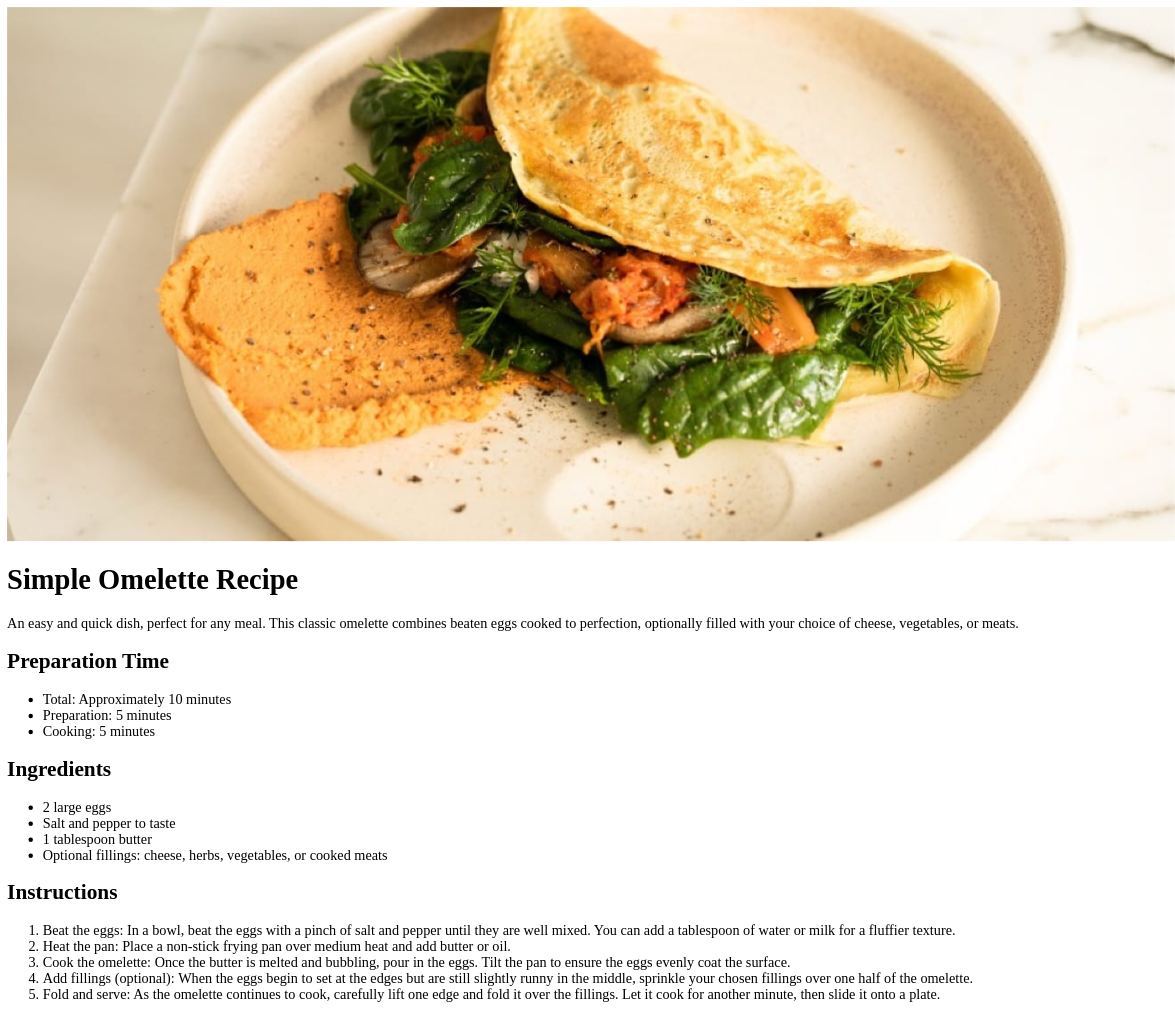
Repository: akbasliogulcan/omletterecipe
Page: index.html
The author's editor kept a copy of each file at every save. The page is drawn from the files as they stood at one save, then again after the next save.
The browser window is 1280 px wide. The page is 1320 px wide, so the pictures cover 1320 px, including what lies to the right of the window. The pictures show the whole page, at 89% of full size.

Above is the page before, as saved 2025-07-20 17:18:05.

### index.html
<!DOCTYPE html>
<html lang="en">

<head>
  <meta charset="UTF-8">
  <meta name="viewport" content="width=device-width, initial-scale=1.0">
  <title>simple omelette recipe</title>
  <link rel="stylesheet" href="style.css">
</head>

<body>

  <div class="simple">
    <img src="./assets/images/image-omelette.jpeg" alt="omlette-icon">
    <h1> Simple Omelette Recipe</h1>
    <p>An easy and quick dish, perfect for any meal. This classic omelette combines beaten eggs cooked
      to perfection, optionally filled with your choice of cheese, vegetables, or meats.
    </p>

    <div class="preparation">
      <h2>Preparation Time</h2>
      <ul>
        <li> <span>Total: </span>Approximately 10 minutes
        </li>
        <li> <span>Preparation: </span>5 minutes</li>
        <li> <span>Cooking: </span>5 minutes</li>

      </ul>
    </div>

    <div class="ingredients">
      <h2>Ingredients</h2>
      <ul>
        <li>2 large eggs</li>
        <li>Salt and pepper to taste</li>
        <li>1 tablespoon butter</li>
        <li>Optional fillings: cheese, herbs, vegetables, or cooked meats</li>
      </ul>
    </div>

    <div class="instructions">
      <h2>Instructions</h2>
      <ol>
        <li>Beat the eggs: In a bowl, beat the eggs with a pinch of salt and pepper until they are well mixed.
          You can add a tablespoon of water or milk for a fluffier texture.</li>
        <li> Heat the pan: Place a non-stick frying pan over medium heat and add butter or oil.
        </li>
        <li>
          Cook the omelette: Once the butter is melted and bubbling, pour in the eggs. Tilt the pan to ensure
          the eggs evenly coat the surface.</li>
        <li>
          Add fillings (optional): When the eggs begin to set at the edges but are still slightly runny in the
          middle, sprinkle your chosen fillings over one half of the omelette.</li>
        <li>
          Fold and serve: As the omelette continues to cook, carefully lift one edge and fold it over the
          fillings. Let it cook for another minute, then slide it onto a plate.</li>
      </ol>
    </div>

  </div>



</body>

</html>

Loaded but not shown: style.css (no stored copy; drawn as an empty file)

After the next save:
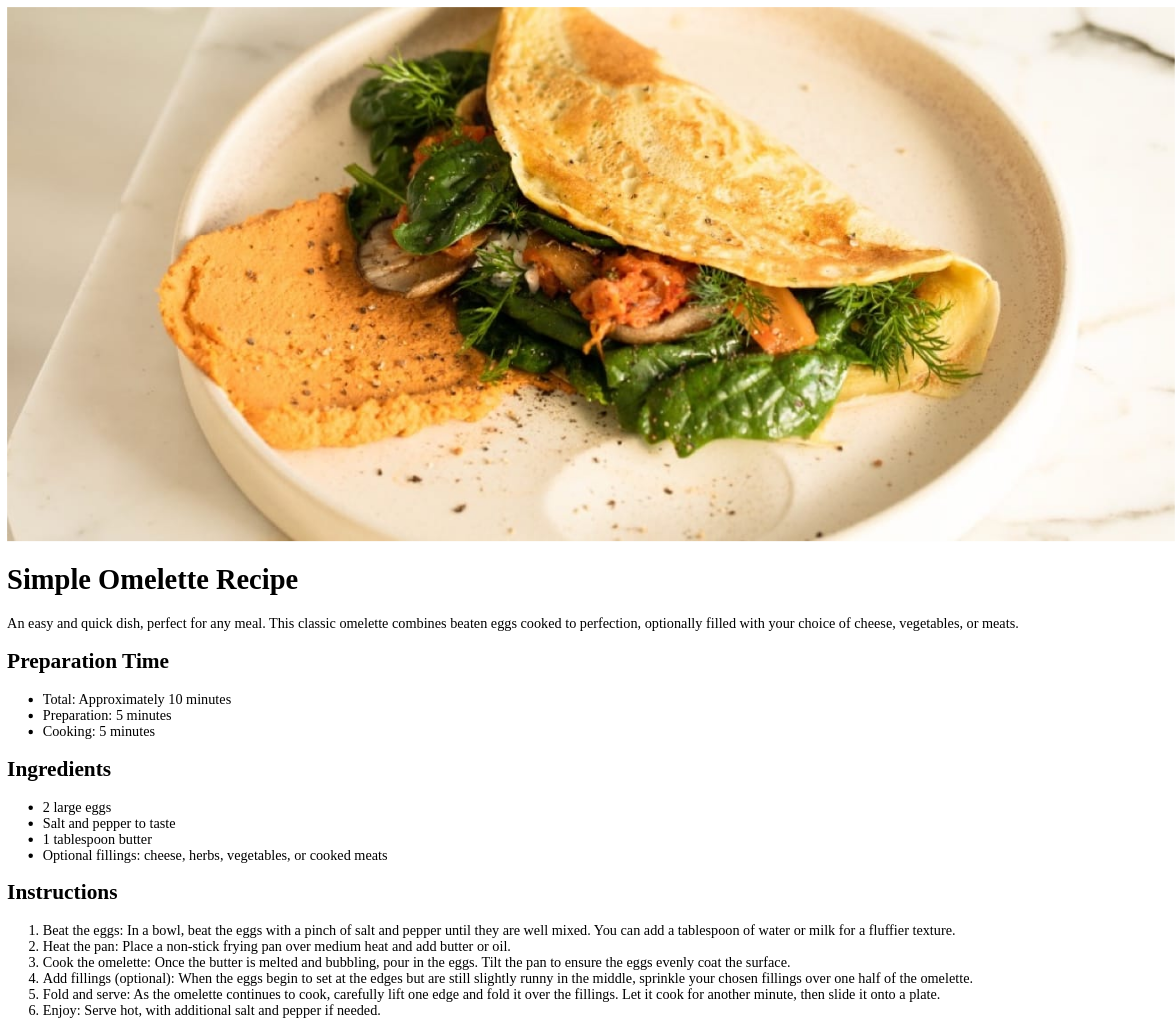
Saved 29 s later.
--- a/index.html
+++ b/index.html
@@ -54,6 +54,8 @@
         <li>
           Fold and serve: As the omelette continues to cook, carefully lift one edge and fold it over the
           fillings. Let it cook for another minute, then slide it onto a plate.</li>
+        <li> Enjoy: Serve hot, with additional salt and pepper if needed.
+        </li>
       </ol>
     </div>
 
